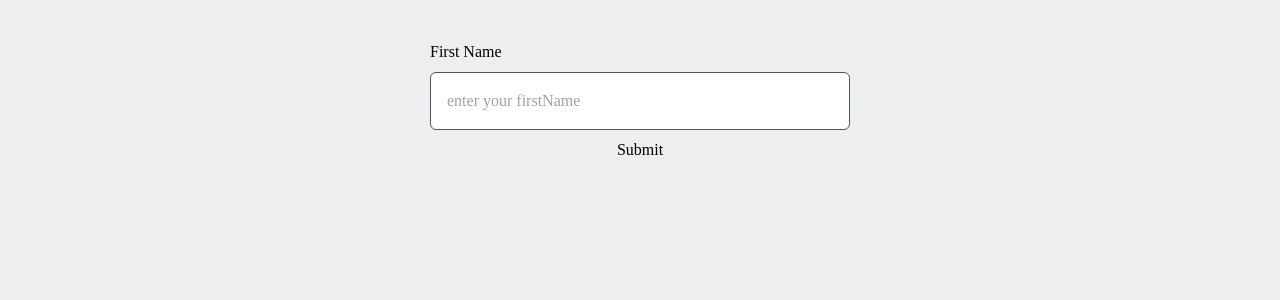
Repository: 16-Doffy/Fe-Khhoahoc
Page: /
The author's editor kept a copy of each file at every save. The page is drawn from the files as they stood at one save, then again after the next save.
The browser window is 1280 px wide. The pictures show the whole page.
The project was rebuilt for these pictures with package versions that can differ from the ones it lists, and the page was loaded fresh each time. Also part of the build but not shown: src/App.css.

Above is the page before, as saved 2025-02-11 04:33:48.

### src/index.js
import React from 'react';
import ReactDOM from 'react-dom/client';
import './index.css';
import App from './App';
import reportWebVitals from './reportWebVitals';
import "./index.scss"
const root = ReactDOM.createRoot(document.getElementById('root'));
root.render(
  <React.StrictMode>
    <App />
  </React.StrictMode>
);

// If you want to start measuring performance in your app, pass a function
// to log results (for example: reportWebVitals(console.log))
// or send to an analytics endpoint. Learn more: https://bit.ly/CRA-vitals
reportWebVitals();

### src/App.js
import "./App.css";
import SignUpForm from "./components/Form/SignUpForm";


function App() {
  return (
    <div>
      <SignUpForm />
    </div>
  );
}

export default App;

//<CardList><Card2/>
// const theme = {
//   //wanna change color in the future come here to change
//   colors: {
//     blue: "#2979ff",
//   },
//   orange: "#ffa440",
// };
// {/* <ThemeProvider theme={theme}>
// <CardList>
// <Card2 secondary={true}></Card2>
// <Card2 secondary={false}></Card2>
// <Card2 secondary={true}></Card2>
// <Card2 secondary={false}></Card2>
// <Card2 secondary={true}></Card2>
//  </CardList>
// </ThemeProvider> */}

### src/index.scss
@tailwind base;
@tailwind components;
@tailwind utilities;

@layer base {
    @import url("https://fonts.googleapis.com/css2?family=Poppins:ital,wght@0,100;0,200;0,300;0,400;0,500;0,600;0,700;0,800;0,900;1,100;1,200;1,300;1,400;1,500;1,600;1,700;1,800;1,900&display=swap");
    body{
        font-family: "Poppins", serif;
    }
}
.skeleton {
    background-color: #eee;
    background-image: linear-gradient(110deg, #ececec, 8%,#f5f5f5, 18% , #ececec, 33%);
    border-radius: 5px;
    background-size: 200% 100%;
    animation:  1.5 shine linear infinite;
}
@keyframes shine {
    to {
        background-position-x:-200% ;
    }
}

### src/components/Form/SignUpForm.js
import React from 'react';
import { useFormik } from 'formik';

const SignUpForm = () => {
    const formik = useFormik({
        initialValues:{
            firstName:"",

        }
    });
    return (
        <div className='p-10 w-full max-w-[500px] mx-auto' >
           <div className='flex flex-col gap-2'>
            <label htmlFor="firstName">First Name</label>
            <input
             type="text"
             name='firstName'
              id='firstName'
              placeholder='enter your firstName'
                className='p-4 rounded-md border border-gray-600'
              />
              <button
              className='w-full'
              >Submit</button>
           </div>
        </div>
    );
};

export default SignUpForm;

### tailwind.config.js
/** @type {import('tailwindcss').Config} */
module.exports = {
  mode: "jit",
  content: ["./src/**/*.{html,js}"],
  theme: {
    extend: {
      backgroundImage: {
        'radiant': `linear-gradient(0.25turn, #3f87a6, #ebf8e1, #f69d3c)`,
        'footer-texture': "url('/img/footer-texture.png')", // Sửa ở đây
        'secondary-radiant': `linear-gradient(#e66465, #9198e5)`,
      },
    },
  },
  plugins: [],
}

Loaded but not shown: public/index.html (common file); src/index.css (common file); src/reportWebVitals.js (common file)

After the next save:
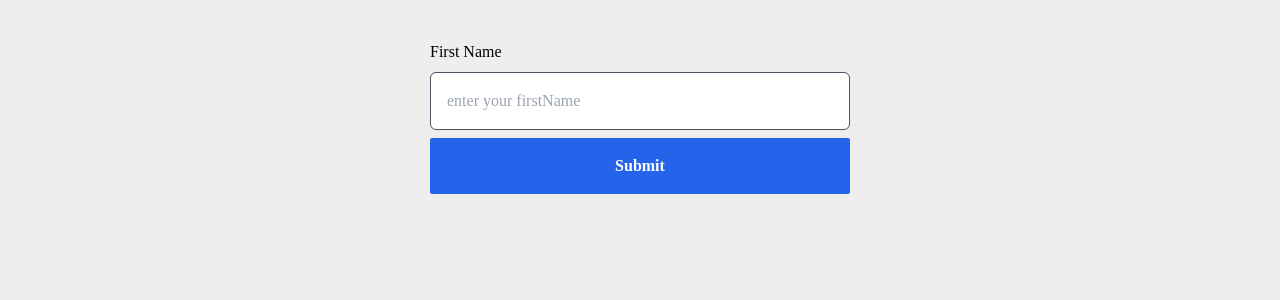
Saved 102 s later.
--- a/src/components/Form/SignUpForm.js
+++ b/src/components/Form/SignUpForm.js
@@ -6,11 +6,14 @@ const SignUpForm = () => {
         initialValues:{
             firstName:"",
 
+        },
+        onSubmit:values => {
+            console.log(values)
         }
     });
     return (
         <div className='p-10 w-full max-w-[500px] mx-auto' >
-           <div className='flex flex-col gap-2'>
+           <div className='flex flex-col gap-2 mb-5'>
             <label htmlFor="firstName">First Name</label>
             <input
              type="text"
@@ -20,7 +23,7 @@ const SignUpForm = () => {
                 className='p-4 rounded-md border border-gray-600'
               />
               <button
-              className='w-full'
+              className='w-full p-4 bg-blue-600 text-white font-semibold rounded-sm'
               >Submit</button>
            </div>
         </div>
